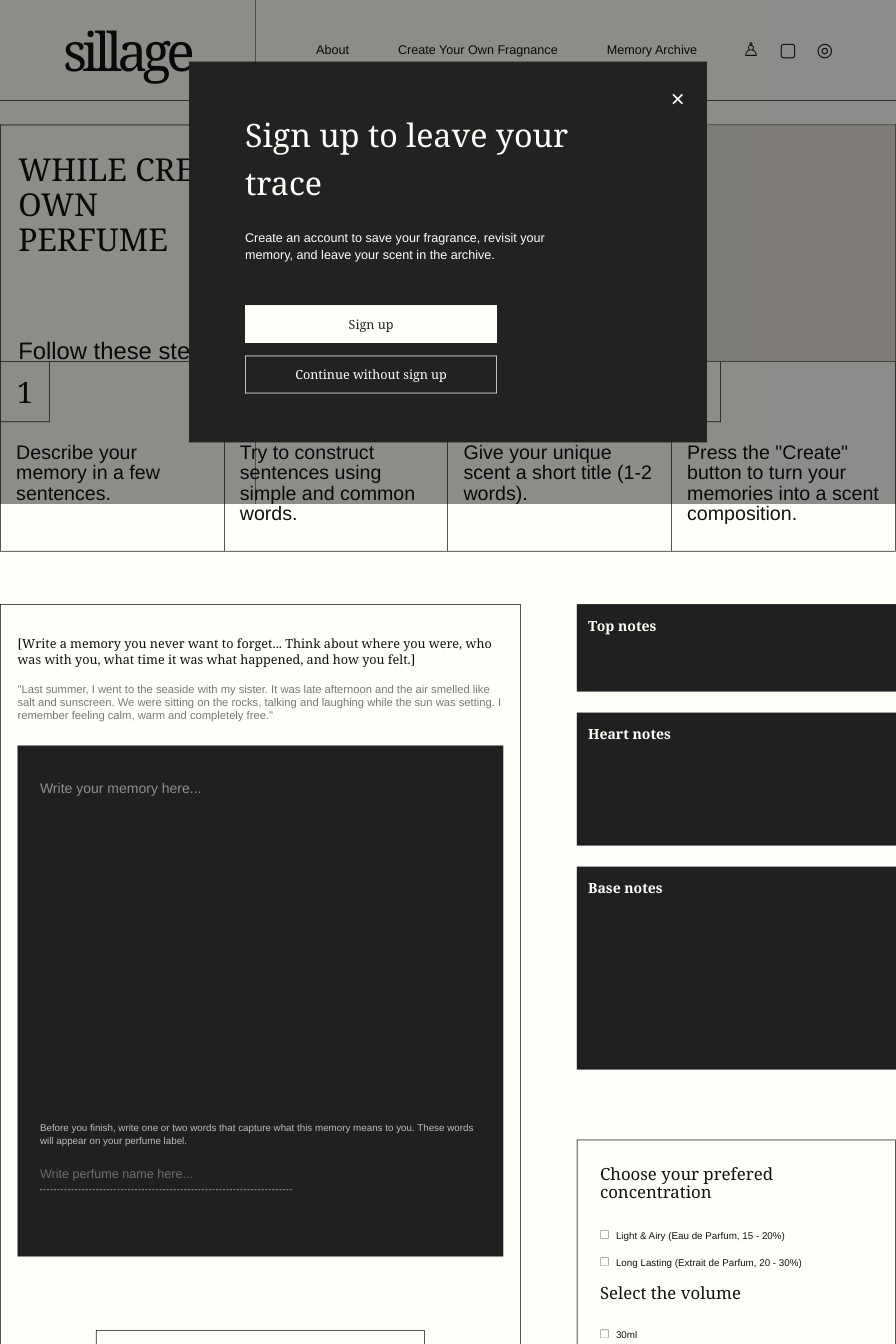
Repository: doagunes/Sillage
Page: /create
These files come from the project's save history. The page is drawn as it stood at one moment and after the next save; the edit follows.
The browser window is 1280 px wide. The pictures show the part of the page from y = 0 to 1920 px (the page is 3949 px tall), at 70% of full size.
The project was rebuilt for these pictures with package versions that can differ from the ones it lists, and the page was loaded fresh each time. Also part of the build but not shown: vite.config.js, src/pages/SignUp.css, src/pages/SignUp.jsx, src/pages/Login.css, src/pages/Login.jsx, src/pages/Home.jsx, src/pages/About.css, src/pages/About.jsx and 5 more.

Above is the page before, as saved 2026-05-23 18:16:00.

After the next save:
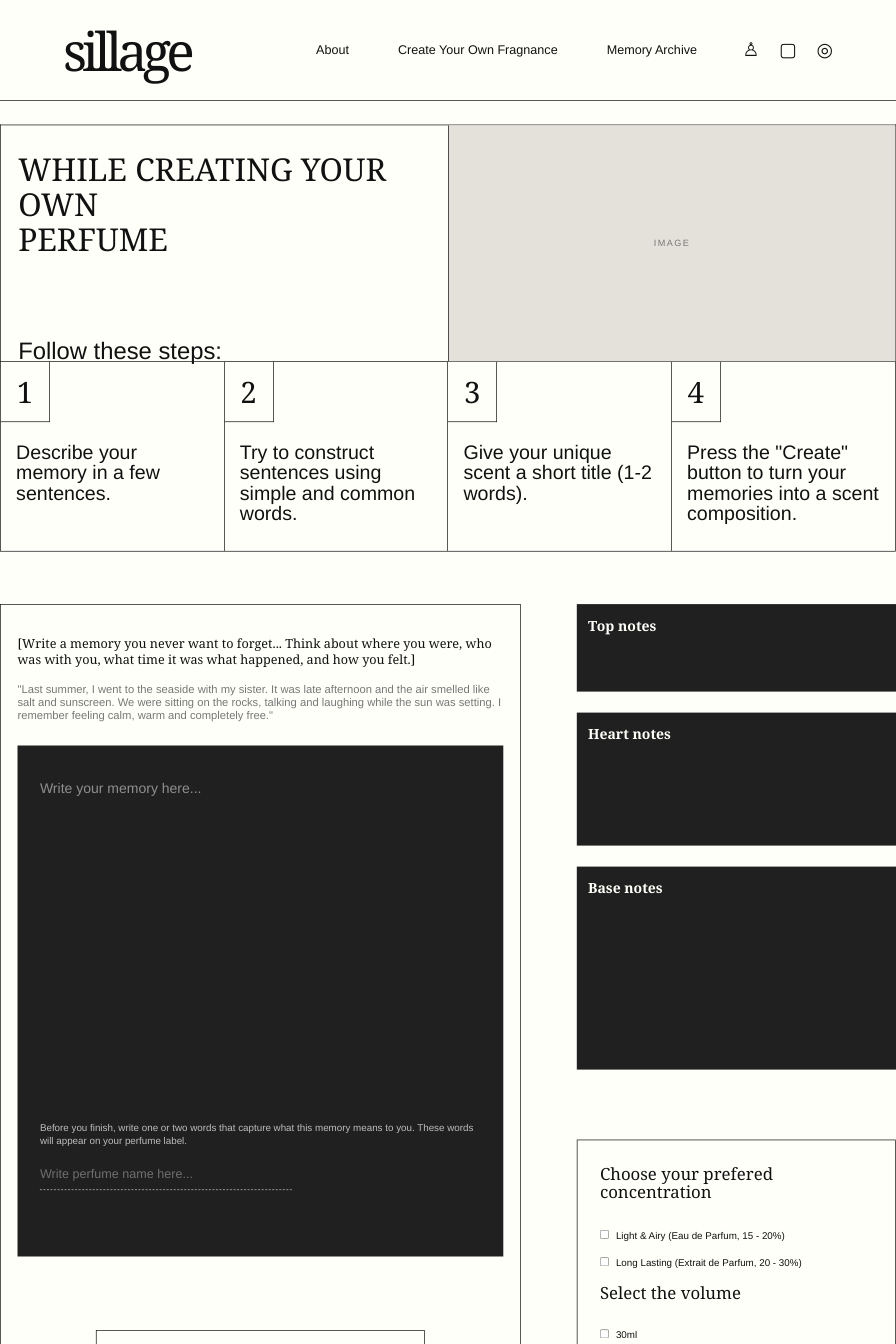
Saved 21 h 22 min later.
--- a/src/pages/Create.jsx
+++ b/src/pages/Create.jsx
@@ -1,13 +1,15 @@
-import { useEffect, useState } from "react";
+import { useState } from "react";
 import { useNavigate } from "react-router-dom";
 import SignupPopup from "../components/SignupPopup";
 import Navbar from "../components/Navbar";
 import Footer from "../components/Footer";
 import { analyzeMemory } from "../utils/analyzeMemory";
+import { useAuth } from "../context/AuthContext";
 import "./Create.css";
 
 function Create() {
   const navigate = useNavigate();
+  const { isLoggedIn } = useAuth();
 
   const [showPopup, setShowPopup] = useState(false);
   const [memoryText, setMemoryText] = useState("");
@@ -20,21 +22,23 @@ function Create() {
     base: [],
   });
 
-  useEffect(() => {
-    const timer = setTimeout(() => {
+  const handleCreateFragrance = () => {
+    if (!isLoggedIn) {
       setShowPopup(true);
-    }, 1000);
-
-    return () => clearTimeout(timer);
-  }, []);
-
-  const handleCreateFragrance = () => {
+      return;
+    }
+
     const result = analyzeMemory(memoryText);
     setNotes(result);
     setIsCreated(true);
   };
 
   const handleSaveToArchive = () => {
+    if (!isLoggedIn) {
+      setShowPopup(true);
+      return;
+    }
+
     navigate("/archive", {
       state: {
         openTracePopup: true,
